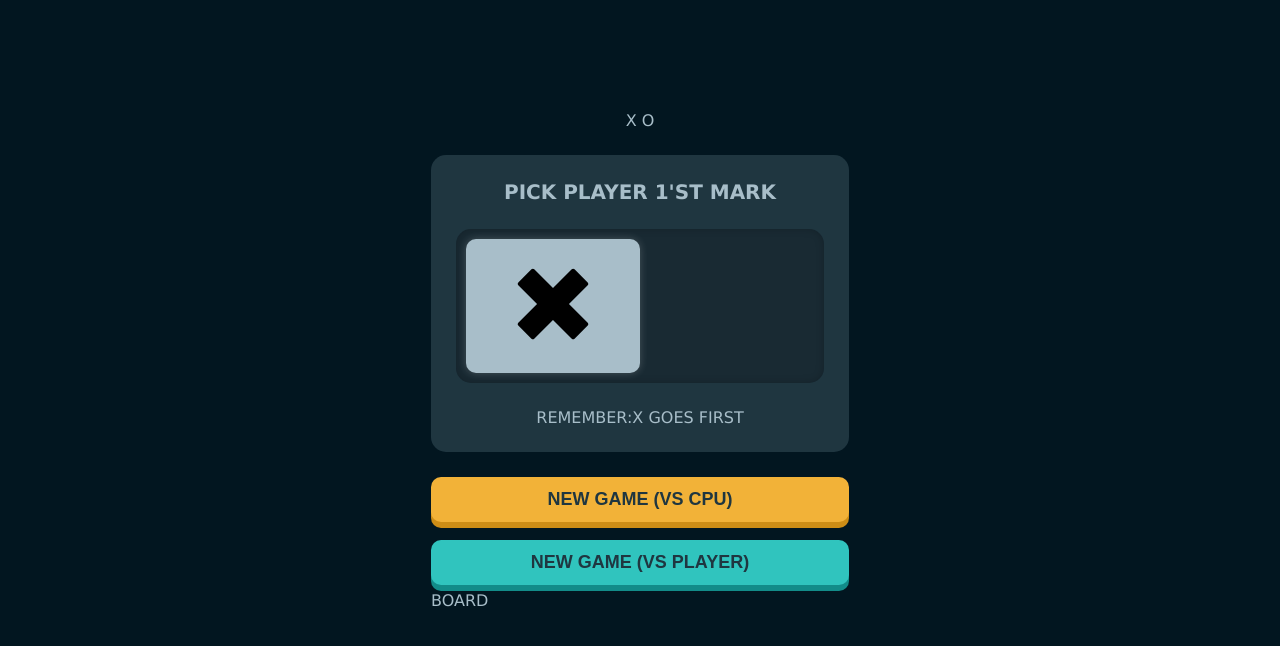
Repository: SD-Mdouka/XO_GAME
Page: /
An editor plug-in stored every save of this project. The page is shown before and after the next save, followed by the edit.
The browser window is 1280 px wide. The pictures show the whole page.
The project was rebuilt for these pictures with package versions that can differ from the ones it lists, and the page was loaded fresh each time.

Above is the page before, as saved 2022-08-29 15:18:46.

After the next save:
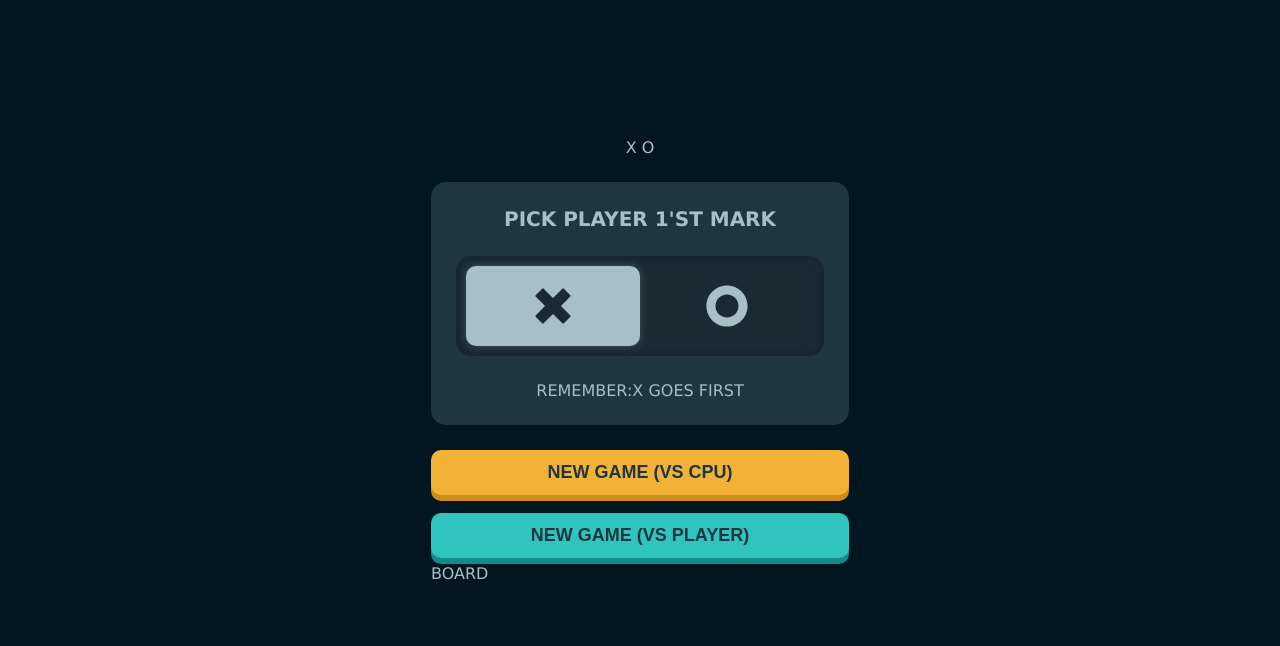
Saved 5 min 49 s later.
--- a/src/index.css
+++ b/src/index.css
@@ -148,6 +148,39 @@ body {
 }
 
 
+/* icons */
+
+.icon {
+    display: inline-block;
+}
+
+.icon svg {
+    fill: var(--color-gray);
+    height: 50px;
+    vertical-align: middle;
+}
+
+.icon-sm svg {
+    height: 30px;
+}
+
+.icon-lg svg {
+    height: 65px;
+}
+
+.icon-yellow svg {
+    fill: var(--color-yellow);
+}
+
+.icon-blue svg {
+    fill: var(--color-blue);
+}
+
+.icon-dark svg {
+    fill: var(--color-bg-dark);
+}
+
+
 /* Sarte */
 
 .start {
